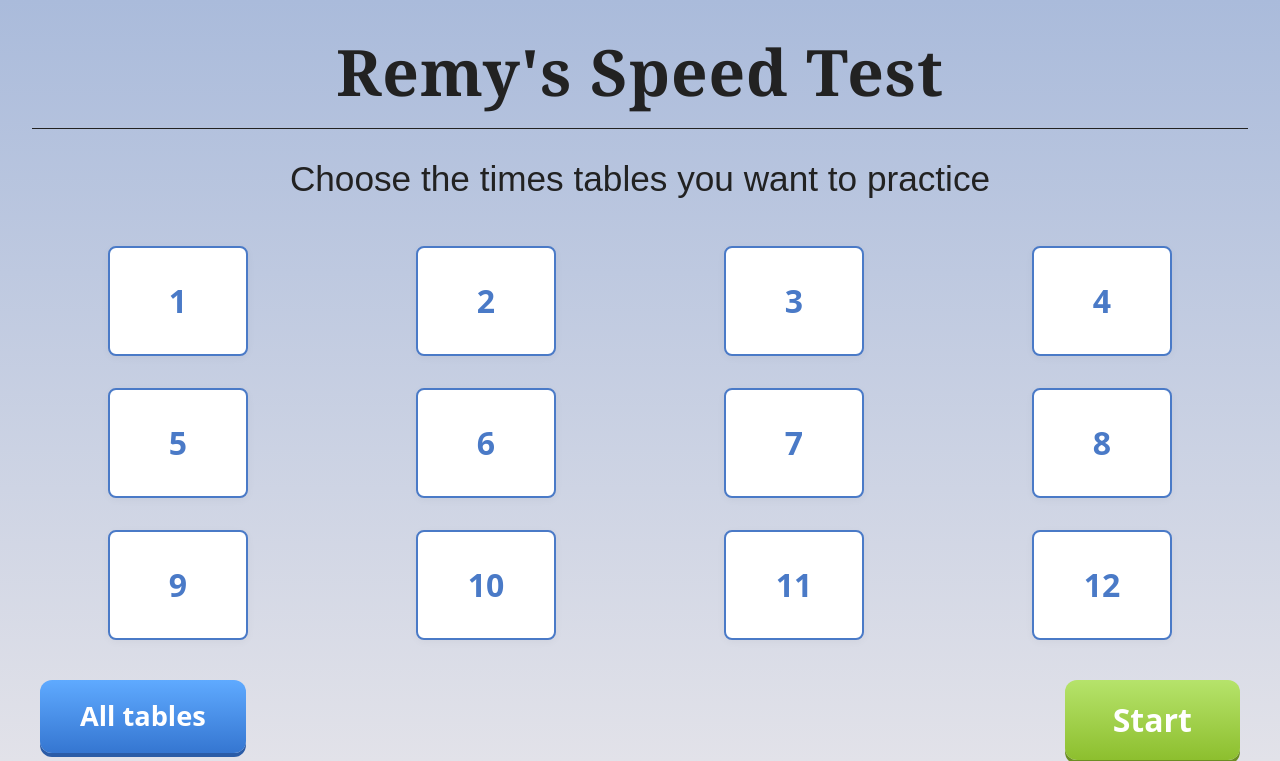
Repository: Chinurum-Omenuko/remys-speed-test
Page: / (app in app/)
An editor plug-in stored every save of this project. The page is shown before and after the next save, followed by the edit.
The browser window is 1280 px wide. The pictures show the whole page.
The project was rebuilt for these pictures with package versions that can differ from the ones it lists, and the page was loaded fresh each time. The framework's server and built-in components were replaced by stand-ins that run in the browser. Also part of the build but not shown: app/svelte.config.js, app/vite.config.ts.

Above is the page before, as saved 2025-11-17 10:49:40.

After the next save:
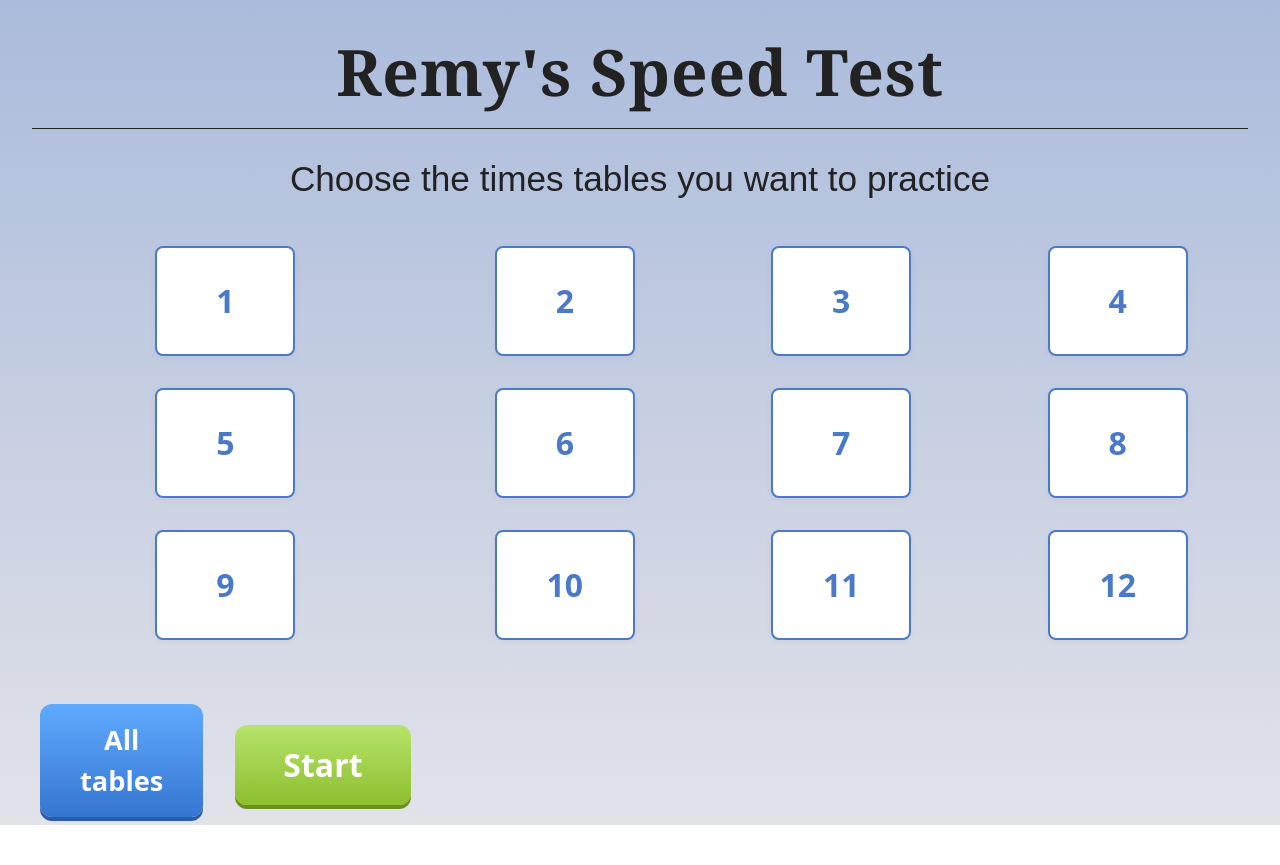
Saved 15 s later.
--- a/app/src/routes/+page.svelte
+++ b/app/src/routes/+page.svelte
@@ -54,16 +54,16 @@
 						{table}
 					</button>
 				{/each}
-			</div>
-			<div class="actions">
-				<div class="left-actions">
-					{#if chosenTables.length == 12}
-						<button class="blue-btn" on:click={allTables}>Deselect All Tables</button>
-					{:else}
-						<button class="blue-btn" on:click={allTables}>All tables</button>
-					{/if}
+				<div class="actions">
+					<div class="left-actions">
+						{#if chosenTables.length == 12}
+							<button class="blue-btn" on:click={allTables}>Deselect All Tables</button>
+						{:else}
+							<button class="blue-btn" on:click={allTables}>All tables</button>
+						{/if}
+					</div>
+					<button class="green-btn" on:click={start}>Start</button>
 				</div>
-				<button class="green-btn" on:click={start}>Start</button>
 			</div>
 		</div>
 	</div>
